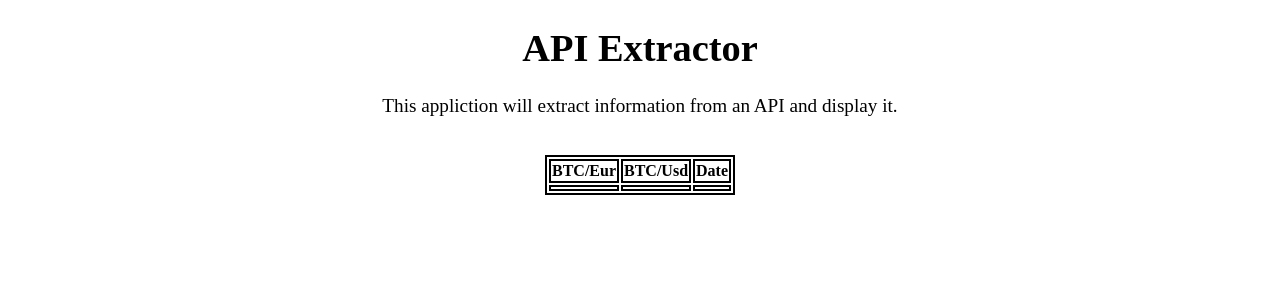
Repository: vxyux/api-extraction
Page: index.html
The author's editor kept a copy of each file at every save. The page is drawn from the files as they stood at one save, then again after a run of saves.
The browser window is 1280 px wide. The pictures show the whole page.
The page's requests for data from a server got no answer.

Above is the page before, as saved 2023-09-05 10:35:48.

After the next 2 saves:
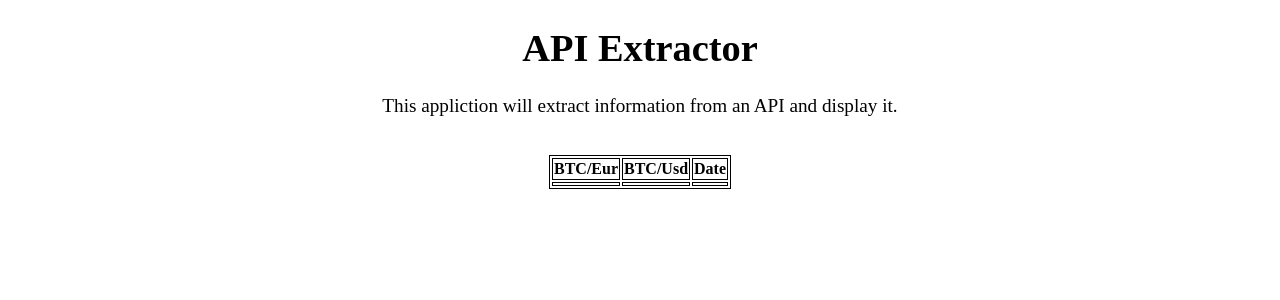
The 2 saves are shown as one change because they came seconds apart.
The last was saved 15 s later.
--- a/stylesheet.css
+++ b/stylesheet.css
@@ -6,7 +6,7 @@
 table, th, td
 {
   border: 1px solid black;
-  border-width: 2px;
+  border-width: px;
   margin-left: auto;
   margin-right: auto;
 }
